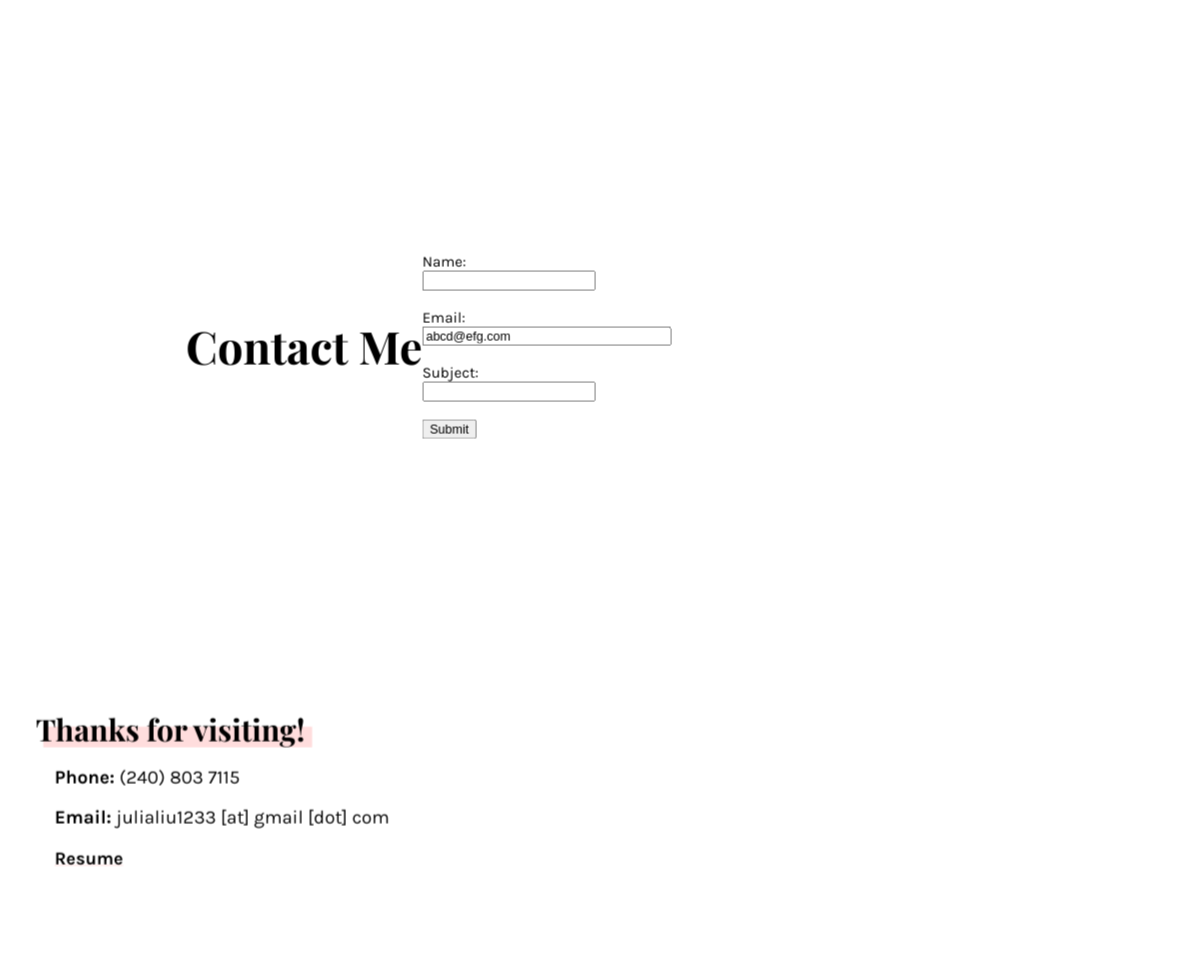
Repository: liu-julia/liu-julia.github.io
Page: contact.html
The author's editor kept a copy of each file at every save. The page is drawn from the files as they stood at one save, then again after the next save.
The browser window is 1280 px wide. The pictures show the whole page, at 94% of full size.

Above is the page before, as saved 2022-05-19 15:24:22.

After the next save:
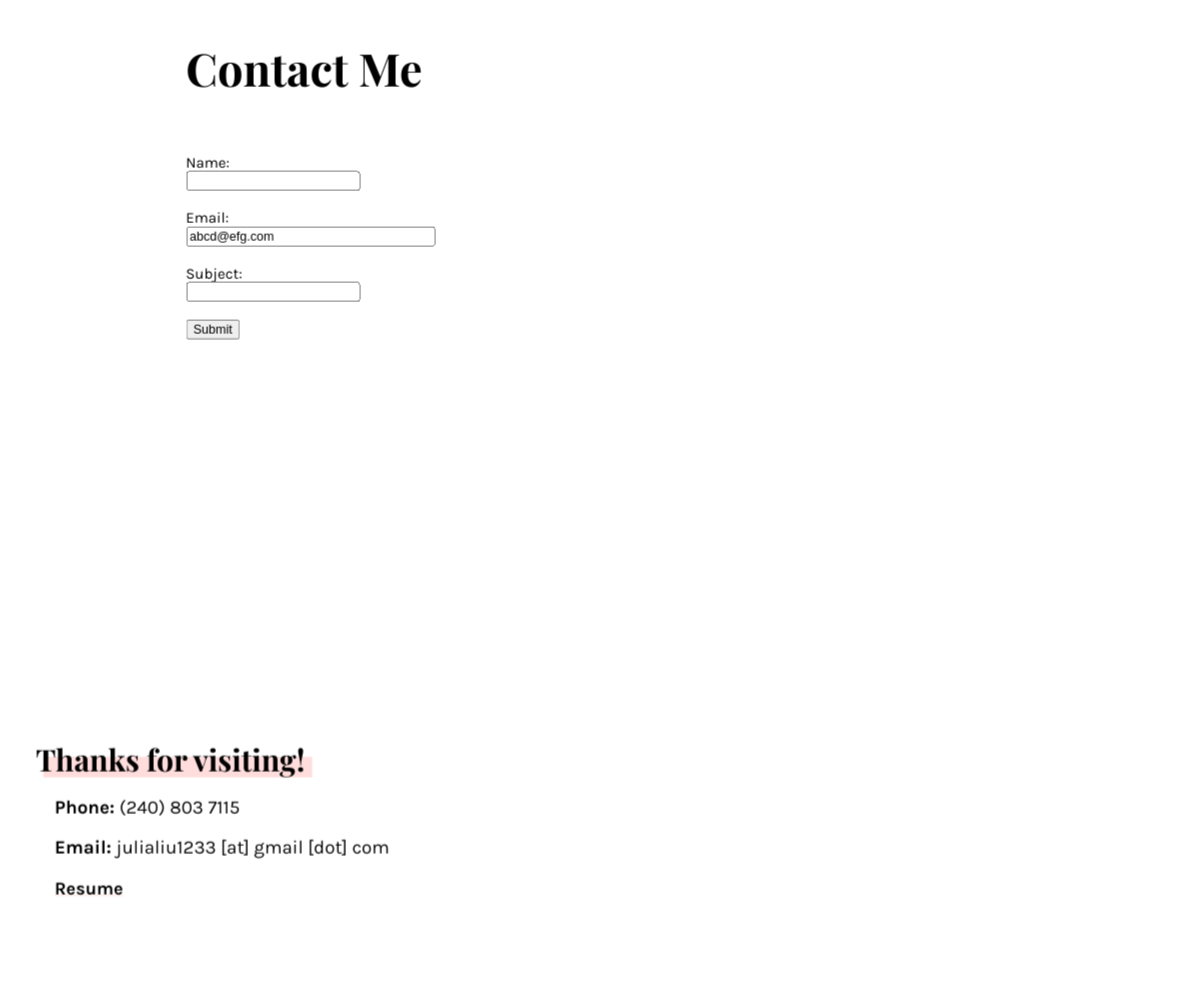
Saved 5 s later.
--- a/contact.html
+++ b/contact.html
@@ -22,7 +22,7 @@
         </div>
     </header>
     <div id="content">
-        <div class="about">
+        <div class="form-container">
             <h2>Contact Me</h2><br>
             <form>
                 <label for="name"> Name:</label><br>
